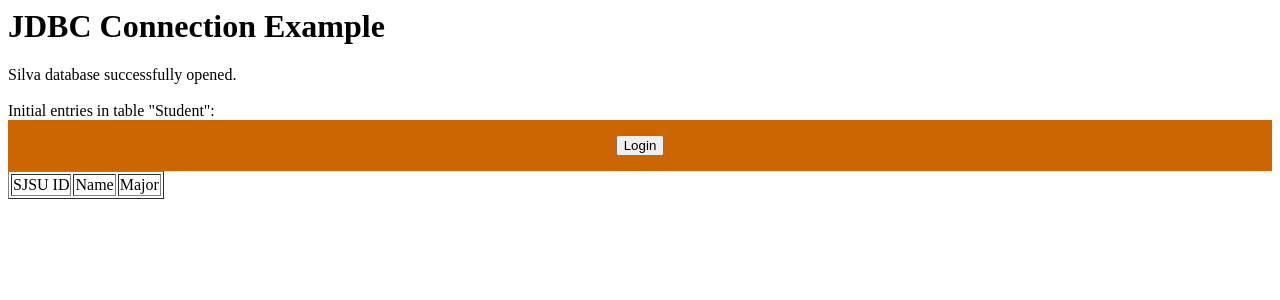
Repository: dannie-su-sjsu/CS157A-team6
Page: http://localhost/ToMovie/JDBCdemo.jsp
An editor plug-in stored every save of this project. The page is shown before and after the next save, followed by the edit.
The browser window is 1280 px wide. The pictures show the whole page.
The page is served by Tomcat 9. Queries for data that is not in the repository find no rows.

Above is the page before, as saved 2023-07-11 08:06:35.

After the next save:
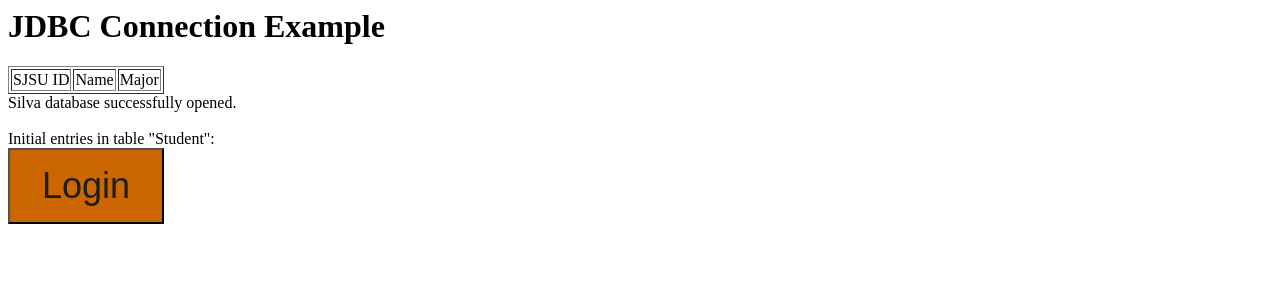
Saved 6 min 21 s later.
--- a/ToMovie/src/main/webapp/JDBCdemo.jsp
+++ b/ToMovie/src/main/webapp/JDBCdemo.jsp
@@ -7,11 +7,12 @@
   <body>
     <h1>JDBC Connection Example</h1>
     <table border="1">
-      <tr>
+    	<tr>
         <td>SJSU ID</td>
         <td>Name</td>
         <td>Major</td>
-    </tr>
+    	</tr>
+    </table>
     <%
      String db = "Silva";
         String user; // assumes database name is the same as username
@@ -38,7 +39,7 @@
         }
     %>
   </body>
-  <div class="button-container">
-  	<button>Login</button>
+  <div>
+  	<button type="button" class="button-container">Login</button>
   </div>
 </html>
